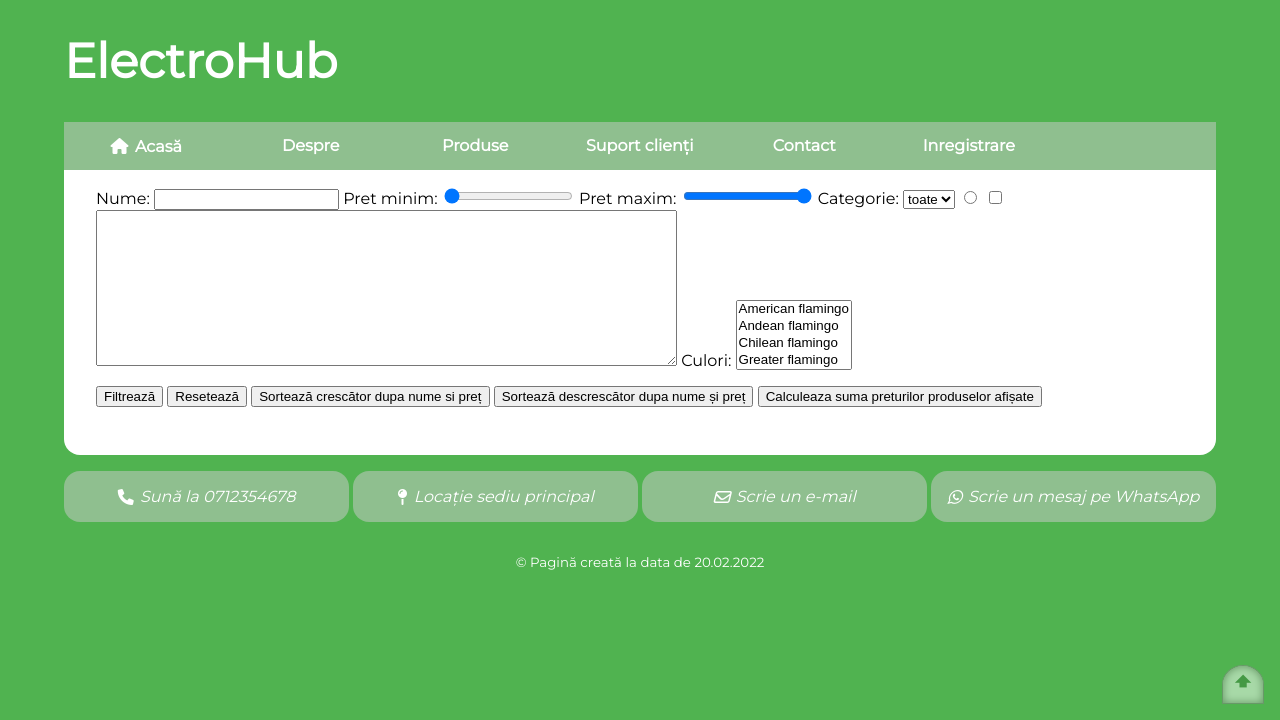
Repository: alexbanilean/Proiect-TW---ElectroHub
Page: http://localhost/produse
The author's editor kept a copy of each file at every save. The page is drawn from the files as they stood at one save, then again after a run of saves.
The browser window is 1280 px wide. The pictures show the whole page.
The page is served by the project's Node server (index.js). Queries for data that is not in the repository find no rows.

Above is the page before, as saved 2022-05-09 20:27:48.
Console error: TypeError: Cannot set properties of null (setting 'onclick')

After the next 2 saves:
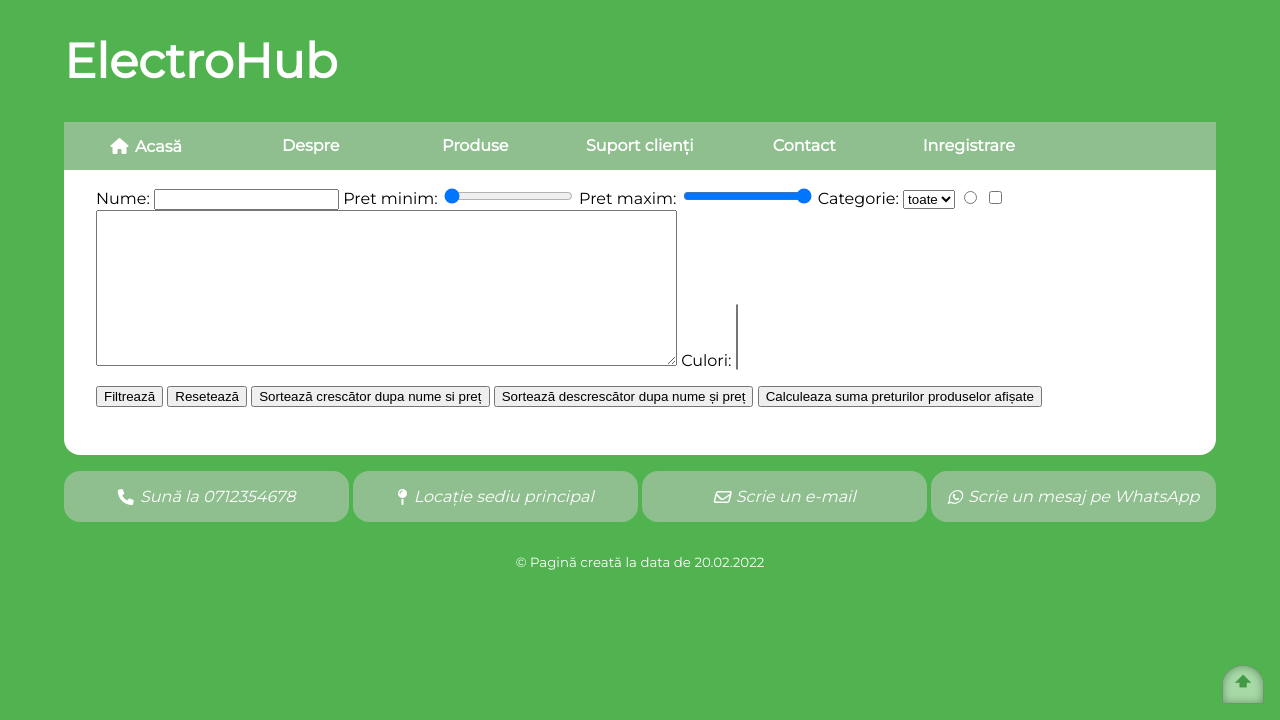
The 2 saves are shown as one change because they came seconds apart.
The last was saved 8 s later.
--- a/views/pagini/produse.ejs
+++ b/views/pagini/produse.ejs
@@ -65,12 +65,7 @@
 
             <label>Culori:
                 <select multiple id = "inp-culori">
-                    <option value="American">American flamingo</option>
-                    <option value="Andean">Andean flamingo</option>
-                    <option value="Chilean">Chilean flamingo</option>
-                    <option value="Greater">Greater flamingo</option>
-                    <option value="James's">James's flamingo</option>
-                    <option value="Lesser">Lesser flamingo</option>
+
                 </select>
             </label>
 
